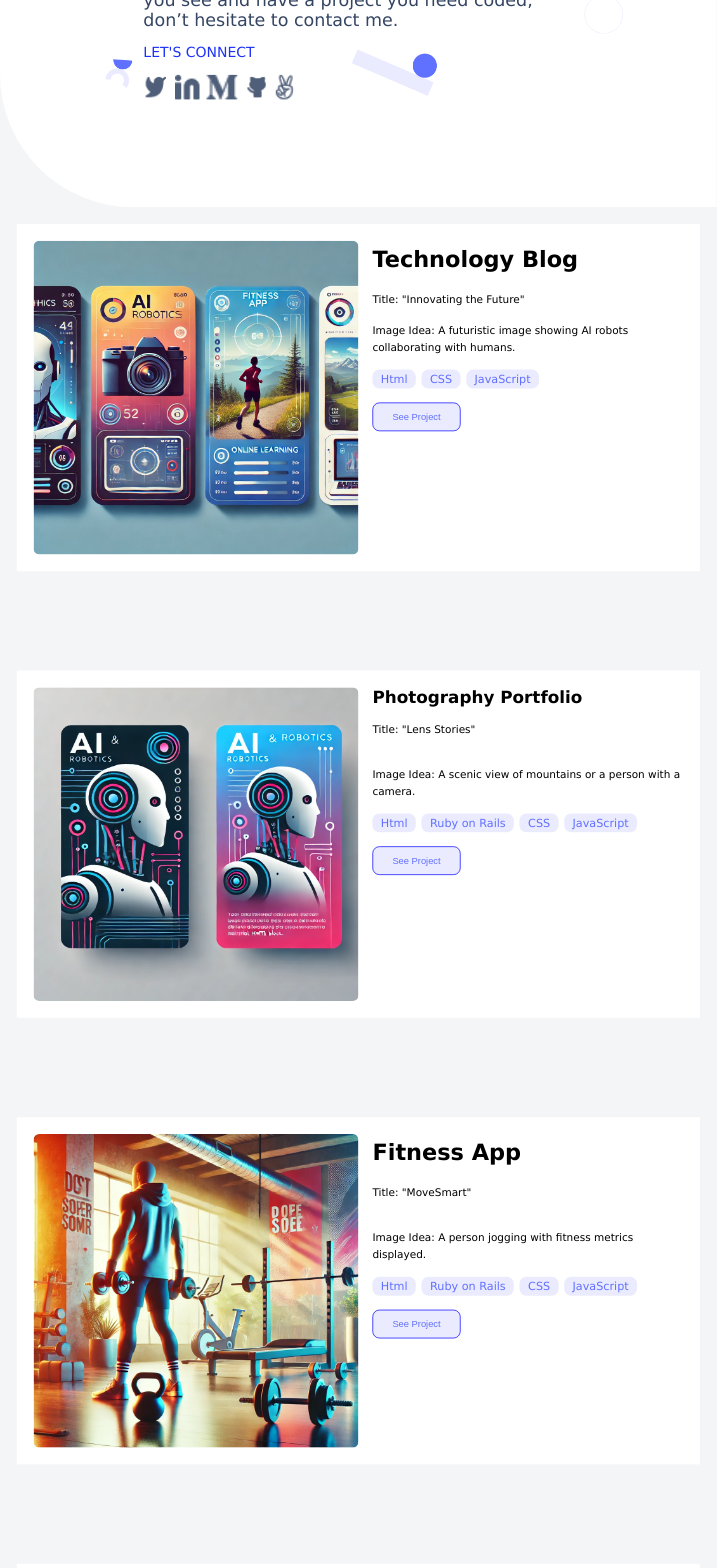
Repository: usman3123/portfolio-template-3
Page: portfolio.html
An editor plug-in stored every save of this project. The page is shown before and after the next save, followed by the edit.
The browser window is 1024 px wide. The pictures show the part of the page from y = 550 to 2790 px (the page is 3304 px tall), at 70% of full size.
Some web libraries are served in a nearby version.

Above is the page before, as saved 2025-01-25 14:44:50.

### portfolio.html
<!DOCTYPE html>
<html lang="en">
<head>
  <meta charset="UTF-8">
  <meta name="viewport" content="width=device-width, initial-scale=1.0">
  <title>project 2</title>
  <link rel="stylesheet" href="style.css">
  <link href='https://unpkg.com/boxicons@2.1.4/css/boxicons.min.css' rel='stylesheet'>
  <link rel="stylesheet" href="https://cdnjs.cloudflare.com/ajax/libs/font-awesome/6.6.0/css/all.min.css" integrity="sha512-Kc323vGBEqzTmouAECnVceyQqyqdsSiqLQISBL29aUW4U/M7pSPA/gEUZQqv1cwx4OnYxTxve5UMg5GT6L4JJg==" crossorigin="anonymous" referrerpolicy="no-referrer" />
  <link rel="stylesheet" href="https://cdnjs.cloudflare.com/ajax/libs/font-awesome/6.6.0/css/all.min.css" integrity="sha512-Kc323vGBEqzTmouAECnVceyQqyqdsSiqLQISBL29aUW4U/M7pSPA/gEUZQqv1cwx4OnYxTxve5UMg5GT6L4JJg==" crossorigin="anonymous" referrerpolicy="no-referrer" />

  <link rel="stylesheet" href="https://cdnjs.cloudflare.com/ajax/libs/font-awesome/6.7.2/css/all.min.css">
  <link rel="preconnect" href="https://fonts.googleapis.com">
<link rel="preconnect" href="https://fonts.gstatic.com" crossorigin>
<link href="https://fonts.googleapis.com/css2?family=Poppins:ital,wght@0,100;0,200;0,300;0,400;0,500;0,600;0,700;0,800;0,900;1,100;1,200;1,300;1,400;1,500;1,600;1,700;1,800;1,900&display=swap" rel="stylesheet">
</head>

<body>
<section class="webpage">
  <!-- Navbar -->

 <div class="hero-page">
  <div class="header-div">
    <nav class="nav-bar flex">
        <h4 class="nav-heading">My Logo</h4>
        <div class="nav-links flex">
            <a href="#myportfolio" class="link">Portfolo</a>
            <a href="myabout" class="link">About</a>
            <a href="mycontact" class="link" >Contact</a>
        </div>
        <i class="fa-solid fa-light fa-bars fa-xl " id="nav-icon"></i>
    </nav>
</div>

  <!-- Main Content -->
  <section id="myportfolio" class="hero-section flex">
    <div class="hero-content flex">
        <h1 class="hero-head"> I'm USMAN!
          Glad to see you.
      </h1>
      <p class="hero-p">
         I'm a software developer! I can help you build a product , feature or website Look through  some of my work and experience! If you like what you see and have a project you need coded, don’t hesitate to contact me.
      </p>
     <p class="let-connect"> LET'S CONNECT</p>

      <div class="icons flex">
          <img src="/assets/twitter.png" class="media-icon">
          <img src="assets/Linkedin.png" class="media-icon">
          <img src="assets/M.png" class="media-icon">
          <img src="assets/Github.png" class="media-icon">
          <img src="assets/V.png" class="media-icon">
      </div>
    </div>
  </section>

 </div>
  <!-- Cards Section -->

  <section class="cards flex">
    <div class="card flex">
      <img class="card-img" src="/assets/card-1img.webp" alt="CARD_!_IMG">
      <div class="card-content flex">
        <h2 class="card-head">Technology Blog</h2>
        <p class="content-p">Title: "Innovating the Future"</p>
        <p class="content-sp">Description: "Explore groundbreaking advancements in AI and robotics shaping tomorrow."</p>
        <p class="content-p">Image Idea: A futuristic image showing AI robots collaborating with humans.</p>
        <div class="languages flex">
          <p class="lang">Html</p>
          <p class="lang">CSS</p>
          <p class="lang">JavaScript</p>
        </div>
        <button class="content-btn">See Project</button>
      </div>
    </div>
    <div class="card flex">
      <img class="card-img" src="/assets/card-2img.webp" alt="CARD_!_IMG">
      <div class="card-content flex">
        <h2 id="photo-head">Photography Portfolio</h2>
        <p class="content-p">Title: "Lens Stories"<p>
        <p class="content-sp">Description: "A collection of awe-inspiring moments captured around the globe."</p>
        <p class="content-p">Image Idea: A scenic view of mountains or a person with a camera.
        </p>
        <div class="languages flex">
          <p class="lang">Html</p>
          <p class="lang">Ruby on Rails</p>
          <p class="lang">CSS</p>
          <p class="lang">JavaScript</p>
        </div>
        <button class="content-btn">See Project</button>
      </div>
    </div>
    <div class="card flex">
      <img class="card-img" src="/assets/card-3img.webp" alt="CARD_!_IMG">
      <div class="card-content flex">
        <h2 class="card-head">Fitness App</h2>
        <p class="content-p">Title: "MoveSmart"<p>
        <p class="content-sp">Description: "Your companion for tracking workouts and achieving fitness goals."</p>
        <p class="content-p">Image Idea: A person jogging with fitness metrics displayed.</p>
        <div class="languages flex">
          <p class="lang">Html</p>
          <p class="lang">Ruby on Rails</p>
          <p class="lang">CSS</p>
          <p class="lang">JavaScript</p>
        </div>
        <button class="content-btn">See Project</button>
      </div>
    </div>
    <div class="card flex">
      <img class="card-img" src="/assets/card-4img.webp" alt="CARD_!_IMG">
      <div class="card-content flex">
        <h2 class="card-head">Online Learning</h2>
        <p class="content-p">Title: "Skillify"p>
        <p class="content-sp">Description: "Join courses from world-class instructors and master new skills."</p>
        <p class="content-p">Image Idea: A laptop with an open notebook and a student studying.</p>
        <div class="languages flex">
          <p class="lang">Html</p>
          <p class="lang">Ruby on Rails</p>
          <p class="lang">CSS</p>
          <p class="lang">JavaScript</p>
        </div>
        <button class="content-btn">See Project</button>
      </div>
    </div>
  </section>


   <!-- ABOUT MYSELF -->

  <!-- <section id="myabout" class="about flex">

    <div class="about-intro flex">
      <h1 style="font-size: 40px;">About Myself</h1>
      <p class="about-paragraph">Hello I'm a software developer! I can help you build a product , feature or website Look through some of my work and experience! If you like what you see and have a project you need coded, don't hesitate to contact me.</p>
        <p class="let-connect">Let's Connect</p>
        <div class="icons flex icon-gap">
          <img src="assets/twitter.png" class="twitter">
          <img src="assets/Linkedin.png" class="inimage">
          <img src="assets/M.png" class="mimage">
          <img src="assets/Github.png" class="tomimage">
          <img src="assets/V.png" class="protocol">
      </div>
      <button class="button rsm-btn"> Get my resume</button>
    </div>

    <div class="about-skills flex">
      <div class="about-all flex">
        <p>Languages</p>
        <i class='bx bx-chevron-down'></i>
      </div>
      <div class="about-lang flex">
        <div class="about-lang-img flex">
          <i class="fa-brands fa-js" style="color: #ff0000;"></i>
          <p>JavaScript</p>
        </div>
        <div class="about-lang-img flex">
          <i class="fa-brands fa-html5" style="color: #FFD43B;"></i>
          <p>Html</p>

        </div>
        <div class="about-lang-img flex">
          <i class="fa-brands fa-css3-alt" style="color: #74C0FC;"></i>
          <p>css</p>
        </div>
      </div>
      <div class="about-all flex">
        <p> Frameworks</p>
        <i class='bx bx-chevron-right'></i>
      </div>
      <div class="about-all flex">
        <p>Skills</p>
        <i class='bx bx-chevron-right'></i>
        </div>
        </div>
        <div class="contact-section flex">
            <h4 class="contact-paragraph">I'm always interested in hearing about new projects, so if you'd like to chat please get in touch.</h4>
            <form action="submit-form" class="contact-form flex">
                <div class="names flex">
                    <input type="text" placeholder="Full name" class="first-name">
                    <input type="text" placeholder="last name" class="last-name">
      </div>
        <div class="contact-section flex">
            <h4 class="contact-paragraph">I'm always interested in hearing about new projects, so if you'd like to chat please get in touch.</h4>
            <form action="submit-form" class="contact-form flex">
                <div class="names flex">
                    <input type="text" placeholder="Full name" class="first-name">
                    <input type="text" placeholder="last name" class="last-name">
    </div>
  </section> -->

  <!-- Contact section -->

  <!-- <section id="mycontact" class="contact-section">
    <h1 class="contact-heading">Contact Me</h1>
    <p class="contact-description">
        If you have an application you are interested in developing, a feature that you need built, or a project that needs coding, I'd love to help with it!
    </p>
    <form class="contact-form">
        <input class="form-input" type="text" placeholder="Your Name">
        <input class="form-input" type="email" placeholder="Your Email">
        <textarea class="form-message" placeholder="Write your message here..."></textarea>
        <button class="form-button">Get in Touch</button>
    </form>

</section>

</main> -->
</section>

<script src="index.js"></script>
</body>
</html>

### style.css
*{
    margin: 0;
    padding: 0;
    box-sizing: border-box;
}

body {
    font-family: Verdana, Geneva, Tahoma, sans-serif;
    background-color: #f4f5f7;
    justify-content: center;
    display: flex
;
}

.flex {
    display: flex;
}

/* nav-bar */

.header-div {
    background-color: #3c3a39;
    width: 100%;
}

.nav-bar {
    justify-content: space-between;
    color: white;
    max-width: 1204px;
    align-items: center;
    padding: 10px 24px;
}

.nav-heading {
    font-size: 30px;
}

.nav-links {
    gap: 40px;
    align-items: center;
    font-size: 25px;
    display: none;
}
.nav-icon {
    display: flex;
    width: 24px;
}


/* hero-section */

.hero-page {
    background-color: white;
    border-bottom-left-radius: 190px;
    background-image: url(/assets/Header\ bg@2x.png);
    background-size: contain;
    max-height: 846px;
    background-position: center;
    background-repeat: no-repeat;
    max-width: 1440px;
}
.hero-section {
    height: 846px;
    align-items: center;
    justify-content: center;
    padding-left: 20%;
}
.hero-content {
    flex-direction: column;
    gap: 20px;
}
.hero-head {
    font-size: 48px;
    font-weight: 700;
    width: 35%;
}

.hero-p {
    font-size: 25px;
    line-height: 28px;
    color: #344563;

    width: 73%;
}

.let-connect {
    color: #1d32f7;
    font-size: 20px;
    font-weight: 500;
    line-height: 24px;
}

.media-icon {
    height: 35px;
}

.icons {
    gap: 10px;
}

.nav-head {
    max-width: 1440px;
    width: 100%;
}
.enable {
    color: blue;
}
.link {
    color: white;
    text-decoration: none;
}

/* card-section */

.cards {
    flex-direction: column;
    align-items: center;
    gap:142px;
    padding: 24px;
}
.card {
    background-color: white;
    max-width: 1156px;
    max-height: 496px;
    width: 100%;
    padding: 24px;
    gap: 20px;
}
.card-img {
    max-width: 544px;
    width: 50%;
    border-radius:8px ;
}

.card-content {
    flex-direction: column;
    gap: 24px;
}

.card-head {
    font-size: 40px;
    font-weight: 700;
    line-height: 52px;
}
#photo-content {
    font-size: 40px;
    font-weight: 700;
    line-height: 52px;
}
.content-p {
    font-size: 20px;
    font-weight: 400;
    line-height: 24px;
}
.content-sp {
    font-size: 20px;
    font-weight: 400;
    line-height: 24px;
}

.languages {
    gap: 8px;
    align-items: center;
}

.lang {
    padding: 4px 12px;
    color: #6070ff;
    background-color: #ebebff;
    border-radius: 10px;
}

.content-btn {
    max-width: 126px;
    width: 100%;
    padding: 4px 12px;
    color: #6070ff;
    background-color: #ebebff;
    border-radius: 10px;
    padding: 12px;
    border: 1px solid blue;
}

@media (max-width : 1100px) {
    .hero-head {
        width: 53%;
    }
    .card-head {
        font-size: 2rem;
    }
    .content-p {
        font-size: 15px;
    }
    .content-sp {
        font-size: 15px;
        display: none;
    }
    .card-content {
        gap: 20px;
    }

}
@media (max-width :870px) {
    .card {
        flex-direction: column;
        max-height: 552px;
        padding: 16px;
    }
    .card {
        max-width: 327px;
    }

}
@media (max-width : 500px) {
    .hero-head {
        width: 100%;
    }
    .hero-section {
        padding: 24px;
    }
    .hero-p {
        width: 100%;
    }
    .card-img {
        width: 100%;
        height: 27vh;
    }
    .card-content {
        gap: 2px;
    }
}
@media (min-width : 700px) {
    .nav-links {
        display: flex;
    }
    #nav-icon {
        display: none;
    }

}
@media (min-width : 1441px) {
    .card-content {
        gap: 30px;
    }
}

Loaded but not shown: index.js (no copy from this time; the picture is the same without it)

After the next save:
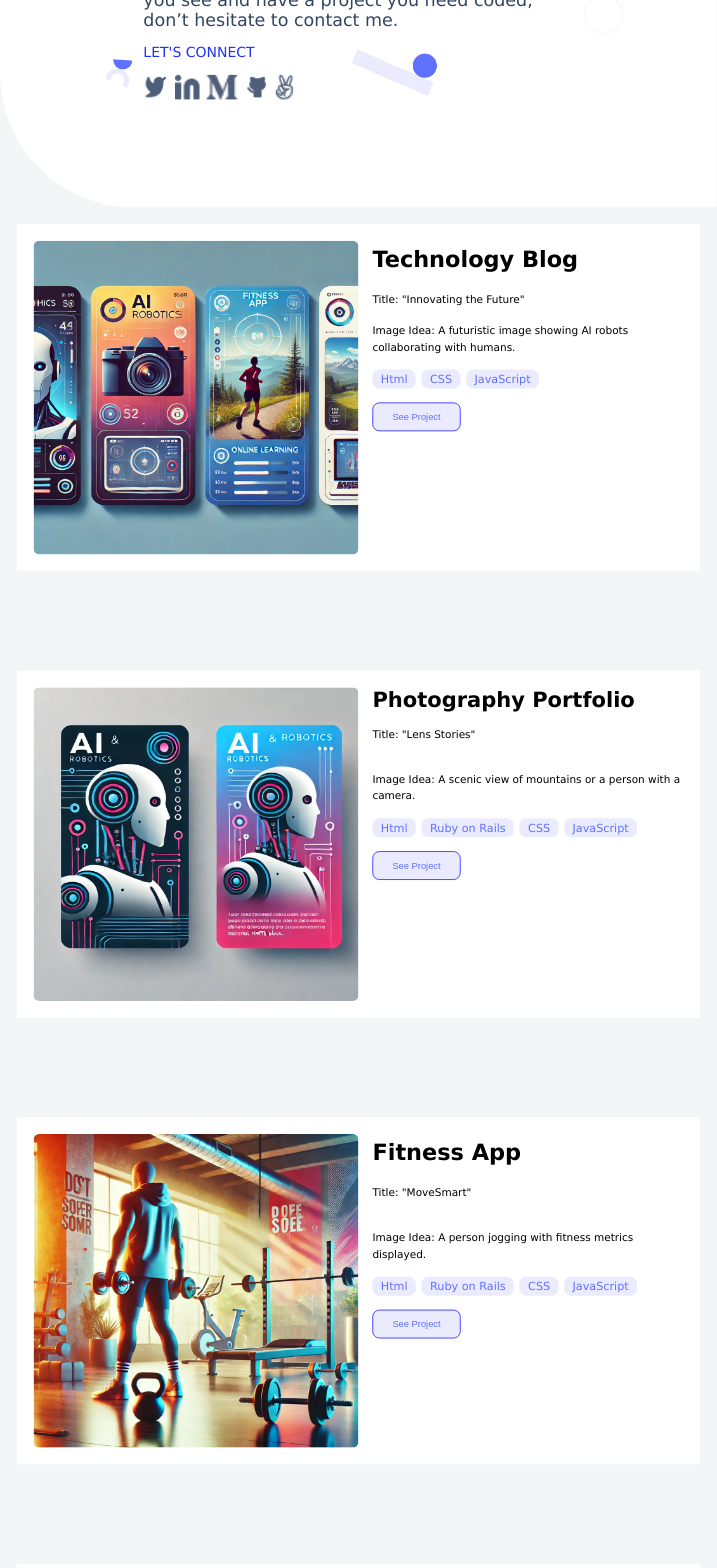
Saved 76 s later.
--- a/style.css
+++ b/style.css
@@ -188,6 +188,9 @@ body {
     .card-head {
         font-size: 2rem;
     }
+    #photo-head {
+        font-size: 30px;
+    }
     .content-p {
         font-size: 15px;
     }
